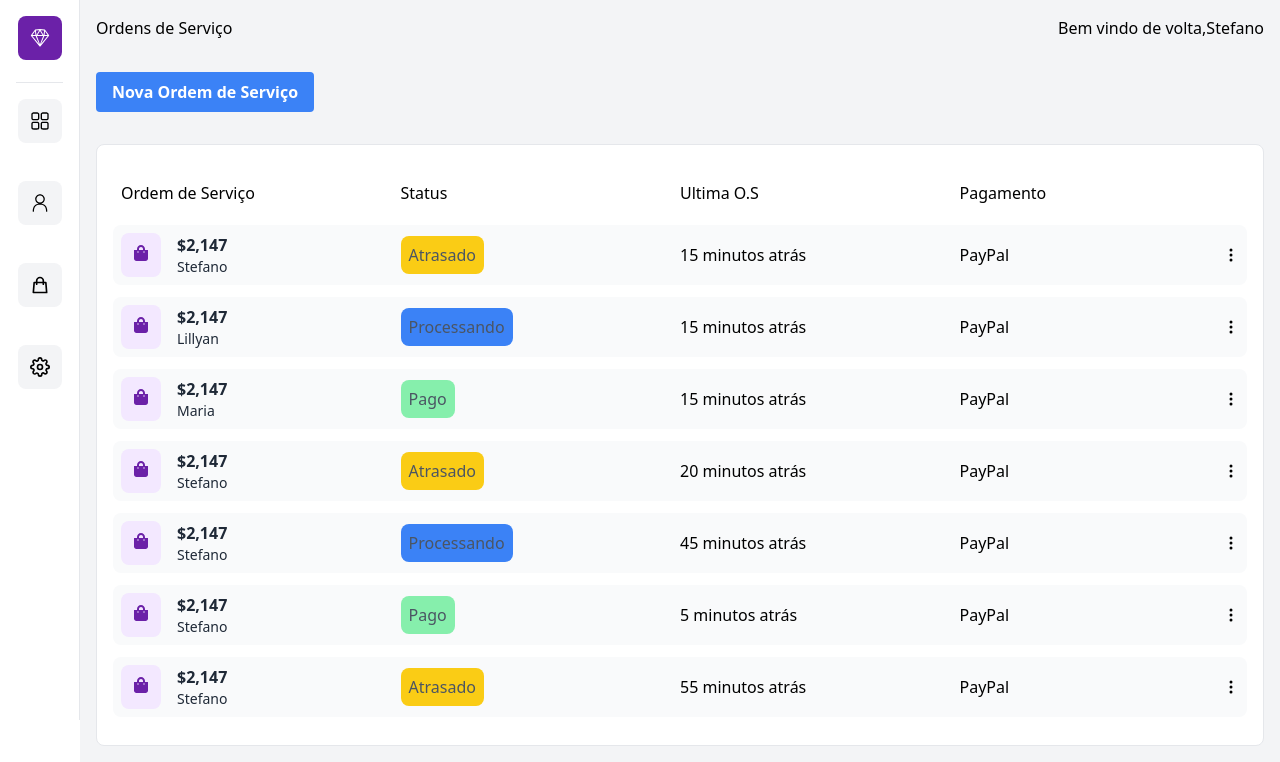
Repository: stefanosousaa/dashboard-next13
Page: /orders
The author's editor kept a copy of each file at every save. The page is drawn from the files as they stood at one save, then again after the next save.
The browser window is 1280 px wide. The pictures show the whole page.
The project was rebuilt for these pictures with package versions that can differ from the ones it lists, and the page was loaded fresh each time. The framework's server and built-in components were replaced by stand-ins that run in the browser. Also part of the build but not shown: next.config.js.

Above is the page before, as saved 2023-05-18 19:00:33.

After the next save:
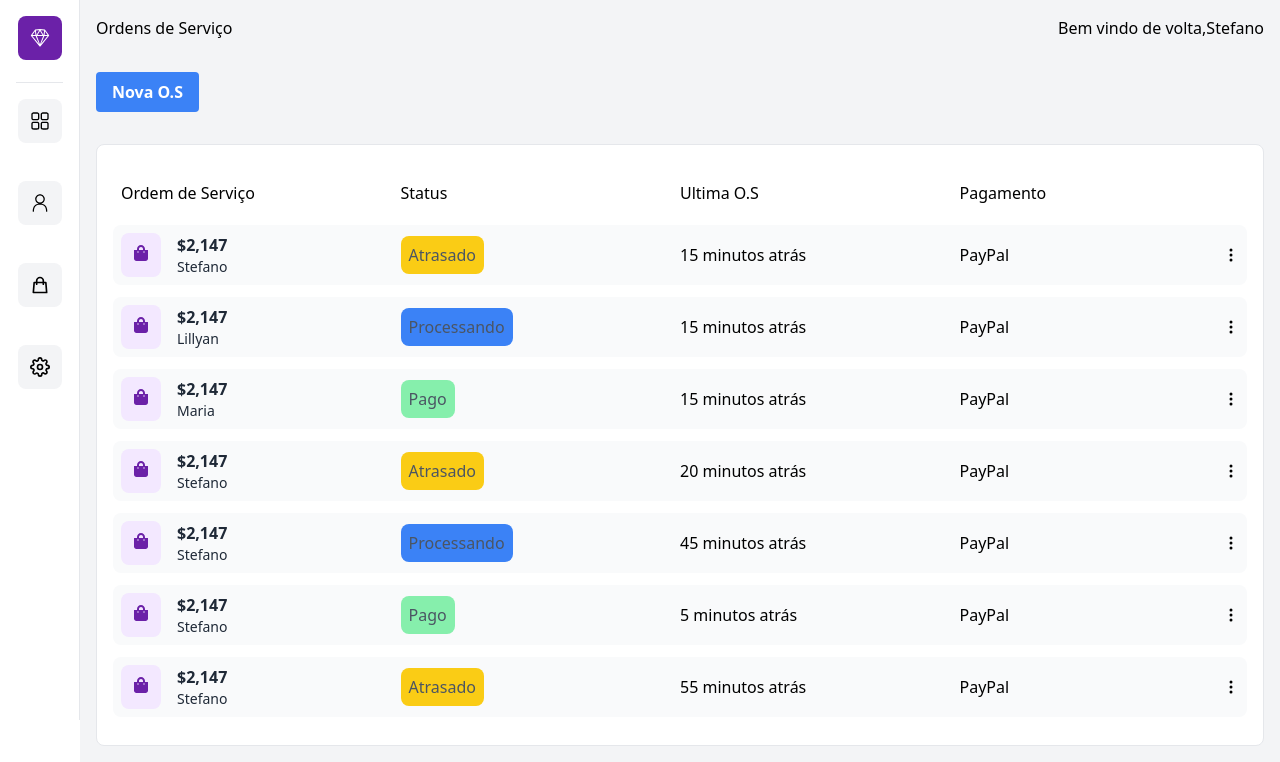
Saved 24 s later.
--- a/pages/orders.jsx
+++ b/pages/orders.jsx
@@ -11,7 +11,7 @@ const orders = () => {
             <h2>Bem vindo de volta,Stefano</h2>
         </div>
         <div className='p-4'>
-            <button className='bg-blue-500 hover:bg-blue-700 text-white font-bold py-2 px-4 rounded'>Nova Ordem de Serviço</button>
+            <button className='bg-blue-500 hover:bg-blue-700 text-white font-bold py-2 px-4 rounded'>Nova O.S</button>
         </div>
         <div className='p-4'>
             <div className='w-full m-auto p-4 border rounded-lg bg-white overflow-y-auto'>
